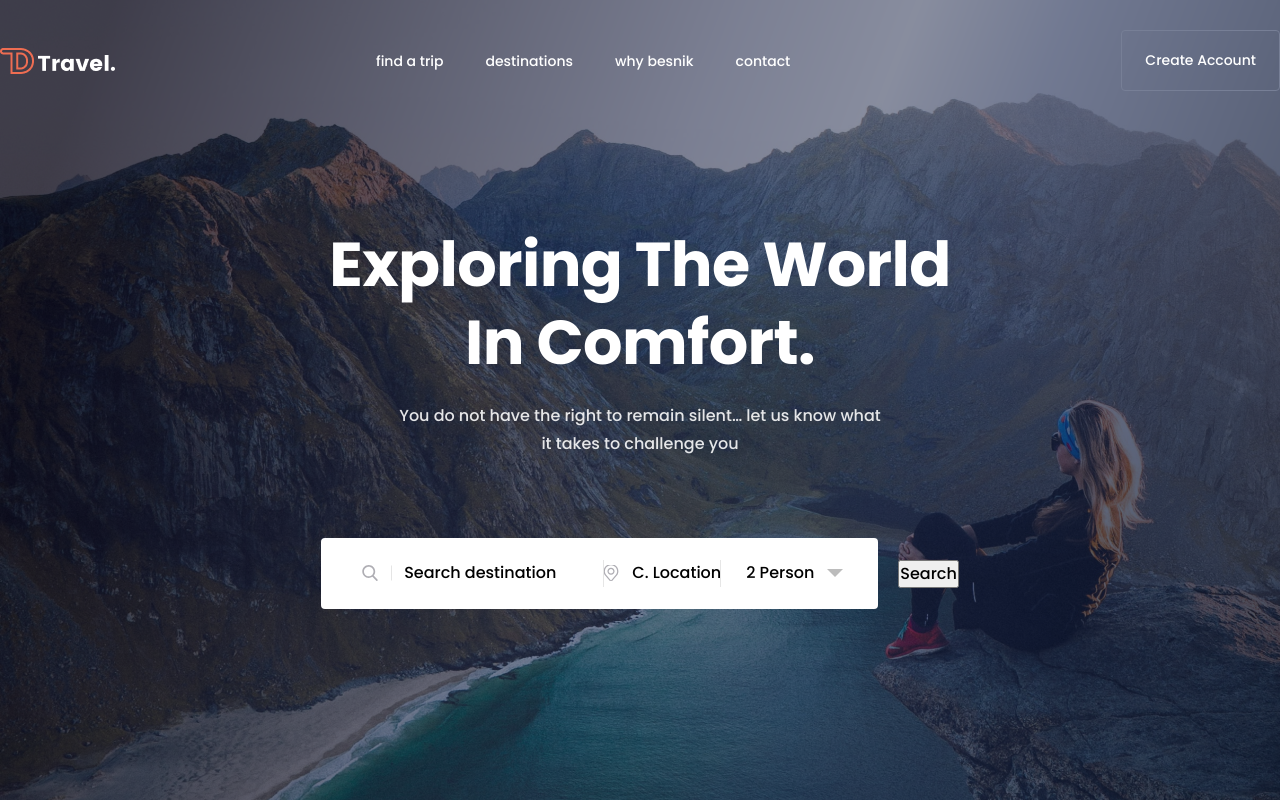
Repository: hoang0508/LandingPage-CodeTravel2
Page: index.html
The author's editor kept a copy of each file at every save. The page is drawn from the files as they stood at one save, then again after the next save.
The browser window is 1280 px wide. The pictures show the whole page.
The style sheet was rebuilt from its Sass, Less or Tailwind sources for each picture, by a compiler version that may differ from the author's.

Above is the page before, as saved 2022-09-15 17:21:35.

### index.html
<!DOCTYPE html>
<html lang="en">
  <head>
    <meta charset="UTF-8" />
    <meta http-equiv="X-UA-Compatible" content="IE=edge" />
    <meta name="viewport" content="width=device-width, initial-scale=1.0" />
    <title>Travale LandingPage</title>
    <link rel="stylesheet" href="./css/style.css" />
  </head>
  <body>
    <div class="wrapper">
      <!-- HEADER -->
      <header class="header">
        <div class="container">
          <div class="header-main">
            <div class="header-logo">
              <img src="./images/Logo.png" alt="Logo" />
            </div>
            <nav class="header-menu">
              <ul class="header-menu--list">
                <li class="header-menu--item">
                  <a href="#" class="header-menu--link">FIND A TRIP</a>
                </li>
                <li class="header-menu--item">
                  <a href="#" class="header-menu--link">DESTINATIONS</a>
                </li>
                <li class="header-menu--item">
                  <a href="#" class="header-menu--link">WHY BESNIK</a>
                </li>
                <li class="header-menu--item">
                  <a href="#" class="header-menu--link">CONTACT</a>
                </li>
              </ul>
            </nav>
            <div class="header-button">
              <button class="button button-acount">Create Account</button>
            </div>
          </div>

          <div class="header-content">
            <h1 class="header-content--title">
              Exploring The World In Comfort.
            </h1>
            <p class="header-content--desc">
              You do not have the right to remain silent… let us know what it
              takes to challenge you
            </p>
            <div class="header-form">
              <div class="header-content--form">
                <div class="form-down">
                  <div class="form-down--col">
                    <div class="form-down--icon">
                      <img src="./images/icon-search.svg" alt="" />
                    </div>
                    <div class="form-down--text form-down--text-border"></div>
                      <span class="form-down--text-txt">Search destination</span>
                    </div>
                  <div class="form-down--col">
                    <div class="form-down--icon">
                      <img src="./images/icon-loacation.svg" alt="" />
                    </div>
                    <span class="form-down--text form-down--text-location">C. Location</span>
                  </div>
                  <div class="form-down--col">
                    <span class="form-down--text">2 Person</span>
                    <div class="form-down--icon">
                      <img src="./images/icon-arrow.svg" alt="" />
                    </div>
                  </div>
                </div>
                </div>
                <button>Search</button>
              </div>
            </div>
          </div>
        </div>
      </header>
    </div>
  </body>
</html>

### sass/main.scss
@import "reset";
@import "variable";
@import "typography";
@import "base";
@import "global";
@import "header";

### sass/_reset.scss
*,
*::before,
*::after {
  box-sizing: border-box;
}
* {
  margin: 0;
  padding: 0;
  font: inherit;
}
body {
  line-height: 1.5;
}
img,
picture,
video,
canvas,
svg {
  display: block;
  max-width: 100%;
}
input,
button,
textarea,
select {
  outline: none;
}
p,
h1,
h2,
h3,
h4,
h5,
h6 {
  overflow-wrap: break-word;
}

a {
  text-decoration: none;
}

ul,
li {
  list-style: none;
}

### sass/_variable.scss
$text-white: #fff;
$primary-color: #34a5e4;
$border-gray: #e6e6e6;

### sass/_typography.scss
@font-face {
  font-family: "Poppins";
  src: url("../fonts/Poppins-Regular.ttf") format("opentype");
  font-style: normal;
  font-display: auto;
  font-weight: 400;
}

@font-face {
  font-family: "Poppins";
  src: url("../fonts/Poppins-Light.ttf") format("opentype");
  font-style: normal;
  font-display: auto;
  font-weight: 300;
}

@font-face {
  font-family: "Poppins";
  src: url("../fonts/Poppins-Medium.ttf") format("opentype");
  font-style: normal;
  font-display: auto;
  font-weight: 500;
}

@font-face {
  font-family: "Poppins";
  src: url("../fonts/Poppins-SemiBold.ttf") format("opentype");
  font-style: normal;
  font-display: auto;
  font-weight: 600;
}

@font-face {
  font-family: "Poppins";
  src: url("../fonts/Poppins-Thin.ttf") format("opentype");
  font-style: normal;
  font-display: auto;
  font-weight: 100;
}

@font-face {
  font-family: "Poppins";
  src: url("../fonts/Poppins-Bold.ttf") format("opentype");
  font-style: normal;
  font-display: auto;
  font-weight: 700;
}

### sass/_base.scss
body {
  font-family: "Poppins", sans-serif;
  font-weight: 500;
}

.wrapper {
  max-width: 1600px;
  margin: 0 auto;
}

.container {
  max-width: 1280px;
  margin: 0 auto;
}

### sass/_global.scss
button.button {
  display: inline-block;
  border: 0;
  cursor: pointer;
  color: $text-white;
  &-acount {
    background-color: transparent;
    padding: 19px 23px;
    border: 1.5px solid #777f96;
    border-radius: 4px;
    font-size: 14px;
  }
}

### sass/_header.scss
.header {
  background-image: url("../images/header-img.png");
  min-height: 800px;
  background-size: cover;
  background-repeat: repeat;
  padding-top: 30px;
  &-main {
    display: flex;
    align-items: center;
    margin-bottom: 135px;
  }
  &-logo {
    margin-right: 261px;
  }
  &-menu {
    &--list {
      display: flex;
      align-items: center;
      gap: 0 42px;
      margin-right: 225px;
    }
    &--link {
      color: $text-white;
      text-transform: lowercase;
      font-size: 14px;
    }
  }
  &-button {
    margin-left: auto;
  }
  &-form {
    display: flex;
    justify-content: center;
    align-items: center;
    gap: 0 20px;
  }
  &-content {
    text-align: center;
    &--title {
      max-width: 640px;
      width: 100%;
      margin: 0 auto;
      font-size: 62px;
      font-weight: 700;
      color: $text-white;
      margin-bottom: 20px;
      letter-spacing: -0.01em;
      line-height: 78px;
    }
    &--desc {
      max-width: 493px;
      margin: 0 auto;
      color: #ffffff;
      font-weight: 500;
      mix-blend-mode: normal;
      opacity: 0.88;
      line-height: 28px;
      margin-bottom: 80px;
    }
    &--form {
      background-color: #ffffff;
      padding: 23px 35px 24px 41px;
      border-radius: 4px;
      box-shadow: 0px 40px 80px -22px rgba(98, 89, 89, 0.09);
      .form-down {
        display: flex;
        align-items: center;
        &--col {
          display: flex;
          align-items: center;
          gap: 0 13px;
          &:nth-child(1) {
            margin-right: 43px;
          }
          &:nth-child(2) {
            position: relative;
            &::before {
              content: "";
              position: absolute;
              width: 1px;
              height: 27px;
              background-color: $border-gray;
            }
            &::after {
              content: "";
              position: absolute;
              width: 1px;
              height: 27px;
              background-color: $border-gray;
              right: 0;
            }
          }
          &:nth-child(3) {
            margin-left: 25px;
          }
        }
        &--text-border {
          position: relative;
          &::before {
            position: absolute;
            content: "";
            width: 1px;
            height: 15px;
            background: #e5e5e5;
            top: 50%;
            transform: translateY(-50%);
          }
        }
        &--text-txt {
          margin-right: 4px;
        }
        &--icon {
          width: 16px;
          height: 16px;
          display: inline-block;
          img {
            width: 100%;
            height: 100%;
            object-fit: cover;
          }
        }
      }
    }
  }
}

After the next save:
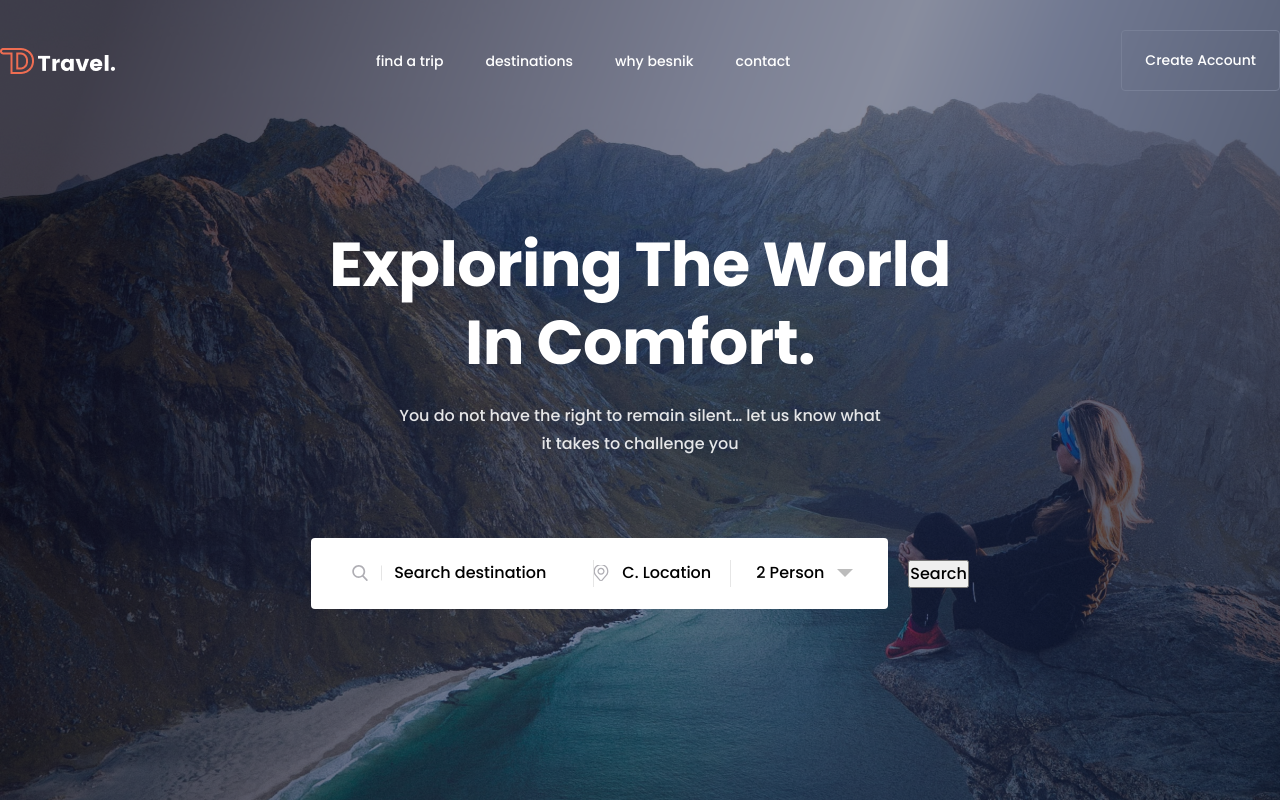
Saved 25 s later.
--- a/sass/_header.scss
+++ b/sass/_header.scss
@@ -109,6 +109,9 @@
         &--text-txt {
           margin-right: 4px;
         }
+        &--text-location {
+          padding-right: 20px;
+        }
         &--icon {
           width: 16px;
           height: 16px;
